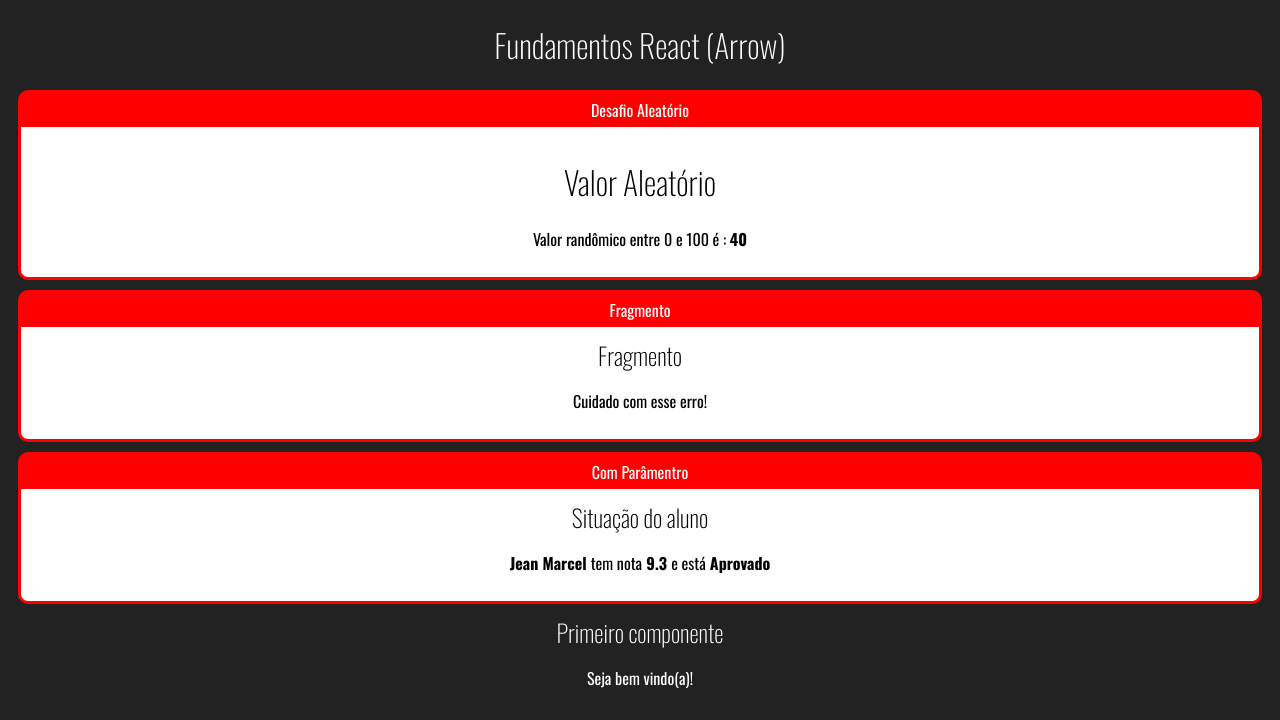
Repository: jean-siqueira/fundamentos-react
Page: /
An editor plug-in stored every save of this project. The page is shown before and after a run of saves, followed by the edit.
The browser window is 1280 px wide. The pictures show the whole page.
The project was rebuilt for these pictures with package versions that can differ from the ones it lists, and the page was loaded fresh each time.

Above is the page before, as saved 2023-03-04 12:14:19.

After the next 3 saves:
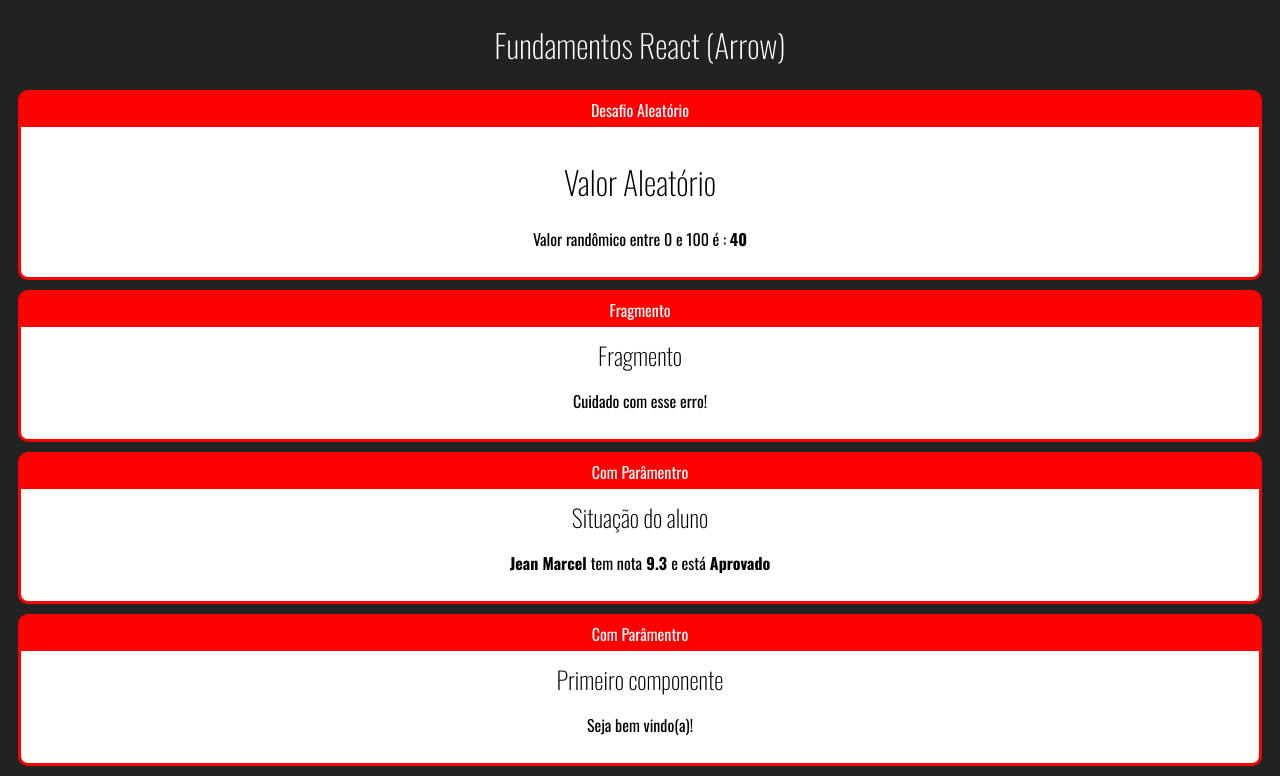
The 3 saves are shown as one change because they came seconds apart.
The last was saved 24 s later.
--- a/src/App.jsx
+++ b/src/App.jsx
@@ -22,6 +22,11 @@ export default (_) => (
       <ComParametro titulo="Situação do aluno" aluno="Jean Marcel" nota={9.3} />
     </Card>
 
+    <Card titulo="Com Parâmentro">
     <Primeiro></Primeiro>
+    </Card>
+
+
+
   </div>
 );
